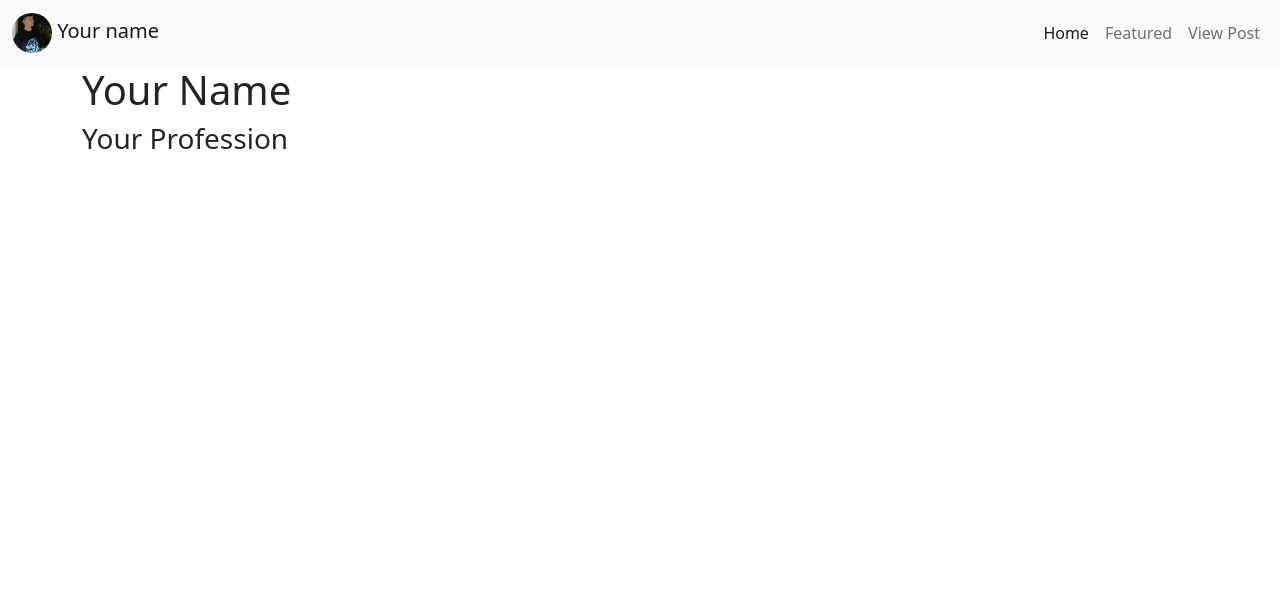
Repository: nvt01/72_1951061106_NgoVanTung
Page: BaiTh1/index.html
The author's editor kept a copy of each file at every save. The page is drawn from the files as they stood at one save, then again after a run of saves.
The browser window is 1280 px wide. The pictures show the whole page.

Above is the page before, as saved 2021-11-30 22:03:26.

### BaiTh1/index.html
<!DOCTYPE html>
<html lang="en">
<head>
    <meta charset="UTF-8">
    <meta http-equiv="X-UA-Compatible" content="IE=edge">
    <meta name="viewport" content="width=device-width, initial-scale=1.0">
    <title>Blog</title>
    <link rel="stylesheet" href="style.css">
    <!-- CSS only -->
    <link href="https://cdn.jsdelivr.net/npm/bootstrap@5.1.3/dist/css/bootstrap.min.css" rel="stylesheet" integrity="sha384-1BmE4kWBq78iYhFldvKuhfTAU6auU8tT94WrHftjDbrCEXSU1oBoqyl2QvZ6jIW3" crossorigin="anonymous">
</head>
<body>
    <div class="menu">
        <nav class="navbar navbar-expand-lg navbar-light bg-light">
            <div class="container-fluid">
                <a class="navbar-brand" href="#">
                    <img class="nav-img" src="./img/avatar.JPG" alt="">
                    Your name
                </a>
                <button class="navbar-toggler" type="button" data-bs-toggle="collapse" data-bs-target="#navbarSupportedContent" aria-controls="navbarSupportedContent" aria-expanded="false" aria-label="Toggle navigation">
                    <span class="navbar-toggler-icon"></span>
                </button>
                <div class=" collapse navbar-collapse" id="navbarSupportedContent">
                    <ul class="navbar-nav me-auto mb-2 mb-lg-0">
                        <li class="nav-item">
                            <a class="nav-link active" aria-current="page" href="#">Home</a>
                        </li>
                        <li class="nav-item">
                            <a class="nav-link" href="#">Featured</a>
                        </li>
                        <li class="nav-item">
                            <a class="nav-link" href="#">View Post</a>
                        </li>
                    </ul>
                </div>
            </div>
        </nav>
    </div>
    <div class="container">
        <div class="row">
            <h1>Your Name</h1>
            <h3>Your Profession</h3>
            <div class="col">
                <img src="" alt="">
            </div>
            <div class="col">
                <img src="" alt="">
            </div>
        </div>
    </div>
</body>
</html>

### BaiTh1/style.css
* {
    margin: 0;
    padding: 0;
    box-sizing: border-box;
}
.nav-img {
    width: 40px;
    height: 40px;
    border-radius: 50%;
    object-fit: cover;
}

.container-fluid .navbar-collapse {
    flex-grow: 0;
}

After the next 2 saves:
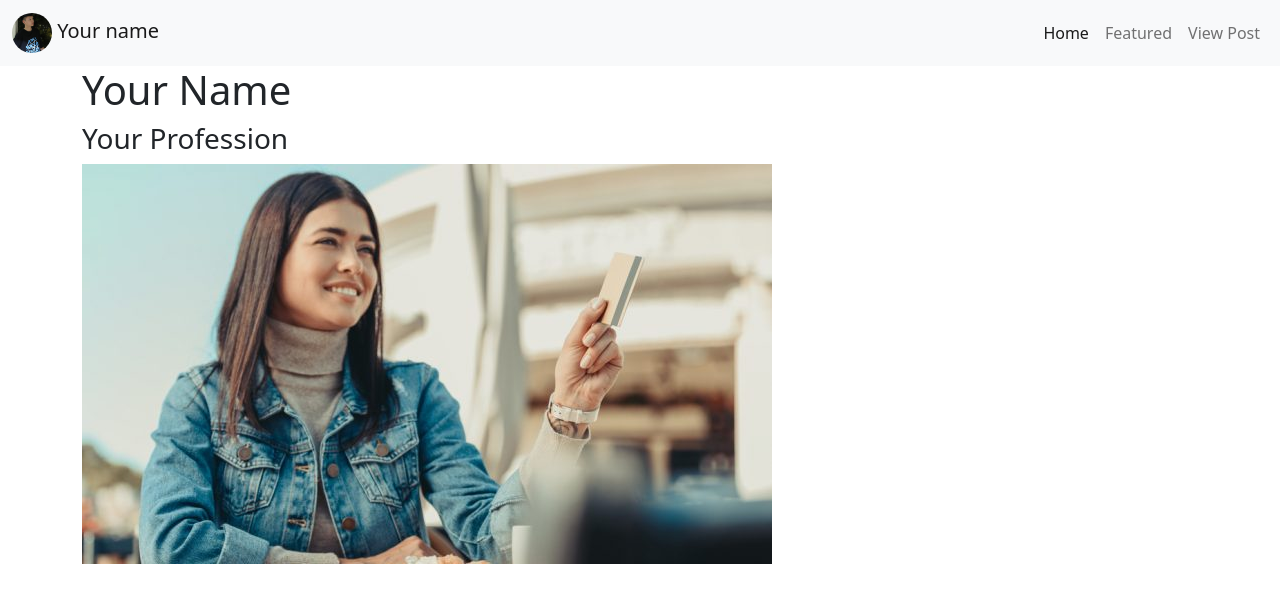
The 2 saves are shown as one change because they came seconds apart.
The last was saved 18 s later.
--- a/BaiTh1/index.html
+++ b/BaiTh1/index.html
@@ -41,7 +41,7 @@
             <h1>Your Name</h1>
             <h3>Your Profession</h3>
             <div class="col">
-                <img src="" alt="">
+                <img src="./img/img1.jpeg" alt="">
             </div>
             <div class="col">
                 <img src="" alt="">
